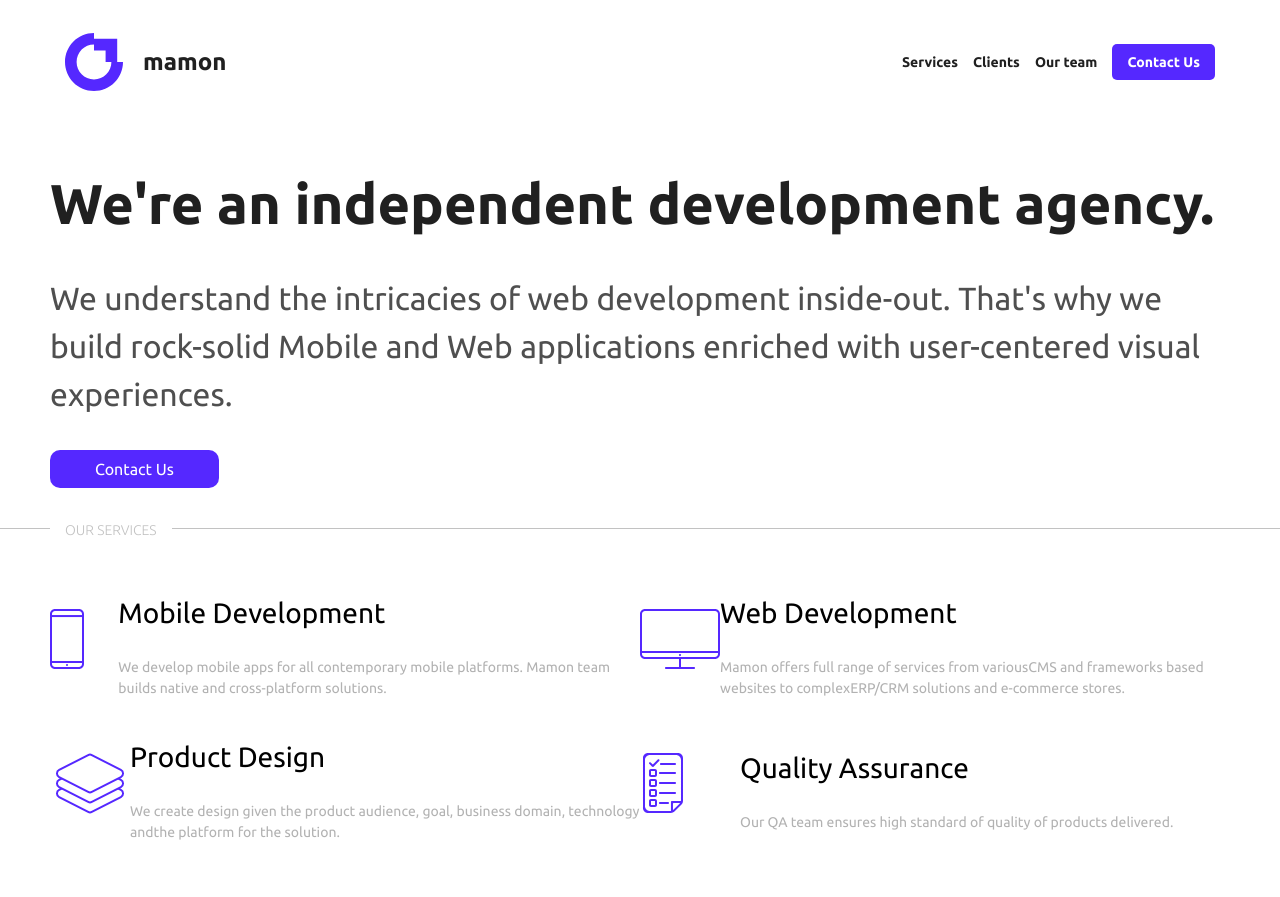
Repository: Vitalii23081984/testHGC
Page: index.html
The author's editor kept a copy of each file at every save. The page is drawn from the files as they stood at one save, then again after the next save.
The browser window is 1280 px wide. The pictures show the whole page.

Above is the page before, as saved 2022-11-20 18:13:10.

### index.html
<!DOCTYPE html>
<html lang="en">
<head>
    <meta charset="UTF-8">
    <meta http-equiv="X-UA-Compatible" content="IE=edge">
    <meta name="viewport" content="width=device-width, initial-scale=1.0">
    <title>Mamon</title>
    <link href="https://fonts.googleapis.com/css2?family=Ubuntu:wght@300;400;700&display=swap" rel="stylesheet">
    <link rel="stylesheet" href="https://cdnjs.cloudflare.com/ajax/libs/normalize/8.0.1/normalize.css">
    <link rel="stylesheet" href="css/style.css">
</head>
<body>
    <header>
        <div class="header">
            <a href="" class="logo">
                <span class="logo_img"></span>
                <span class="logo_text">mamon</span></a>
            <nav>
                <ul class="nav">
                    <li><a href="">Services</a></li>
                    <li><a href="">Clients</a></li>
                    <li><a href="">Our team</a></li>
                    <li><button class="nav_btn" type="button">Contact Us</button></li>
                </ul>
            </nav>
        </div>

    </header>
    <div class="page">
        <div class="wrap">
            <h1 class="title-main">We're an independent development agency.</h1>
            <p class="text-main">We understand the intricacies of web development inside-out. That's why we build rock-solid Mobile and Web applications enriched with user-centered visual experiences.</p>
            <button type="button" class="button">Contact Us</button>
        </div>
    </div>
    <div class="page page-top">
        <div class="wrap">
            <h2>OUR SERVICES</h2>
            <div class="services">
                <div class="service-item">
                    <div class="services_img"><img src="img/icon-1.svg" alt=""></div>
                    <div class="services_text">
                        <h3>Mobile Development</h3>
                        <p>We develop mobile apps for all contemporary mobile platforms. Mamon team builds native and cross-platform solutions.</p>
                    </div>
                </div>
                <div class="service-item">
                    <div class="services_img"><img src="img/icon-2.svg" alt=""></div>
                    <div class="services_text">
                        <h3>Web Development</h3>
                        <p>Mamon offers full range of services from variousCMS and frameworks based websites to complexERP/CRM solutions and e-commerce stores.</p>
                    </div>
                </div>
                <div class="service-item">
                    <div class="services_img"><img src="img/icon3.svg" alt=""></div>
                    <div class="services_text">
                        <h3>Product Design</h3>
                        <p>We create design given the product audience, goal, business domain, technology andthe platform for the solution.</p>
                    </div>
                </div>
                <div class="service-item">
                    <div class="services_img"><img src="img/icon-4.svg" alt=""></div>
                    <div class="services_text">
                        <h3>Quality Assurance</h3>
                        <p> Our QA team ensures high standard of quality of products delivered.</p>
                    </div>
                </div>

            </div>
        </div>

    </div>

</body>
</html>

### css/style.css
body {
    font-family: 'Ubuntu', sans-serif;

}
.header {
    width: 100%;
    max-width: 1180px;
    margin: 0 auto;
    padding-left: 15px;
    padding-right: 15px;
    padding-top: 30px;
    display: flex;
    justify-content: space-between;
    align-items: center;
    box-sizing: border-box;
    font-weight: 700;
}
.wrap {
    width: 100%;
    max-width: 1180px;
    margin: 0 auto;
    padding-left: 15px;
    padding-right: 15px;

}
.nav {
    list-style-type: none;
    display: flex;
    justify-content: flex-start;
    align-items: center;
    font-size: 14px;

}
.nav>li {
    margin-left: 15px;
}
.nav>li>a {
    text-decoration: none;
    color: #202020;
}
.nav_btn {
    background-color: #5528FF;
    border-radius: 5px;
    padding: 10px 15px;
    color: white;
    border: none;
    font-weight: 700;
}
.logo {
    display: flex;
    align-items: center;
    text-decoration: none;
}
.logo_img {
    display: block;
    width: 58px;
    height: 58px;
    background-image: url(../img/logo.svg);
    margin-right: 20px;
}
.logo_text {
    font-size: 24px;
    color: #202020;

}
.title-main {
   font-size: 56px;
   color: #202020;
   font-weight: 700;

}
.text-main {
    font-size: 32px;
    line-height: 1.5;
    color: #4F4F4F;


}
.button {
    background-color: #5528FF;
    border-radius: 10px;
    padding: 10px 45px;
    color: white;
    border: none;
    font-weight: 24px;
}
.page {
    padding-top: 40px;
    padding-bottom: 40px;
    position: relative;
}
.page-top {
    border-top: 1px solid #c2c2c2;
}
.page h2 {
    position: absolute;
    top: -24px;
    font-size: 14px;
    font-weight: 300;
    background-color: white;
    padding: 5px 15px;
    color: #c2c2c2;
}
.services {
    display: grid;
    grid-template: 50% 50% / 50% 50%;

}
.service-item {
    display: flex;
    justify-content: flex-start;
    align-items: center;
}
.services_img {
    width: 100px;

}
.services h3 {
    font-size: 28px;
    font-weight: 400;

}
.services p {
    font-size: 14px;
    color: #B2B2B2;
    line-height: 1.5;


}

After the next save:
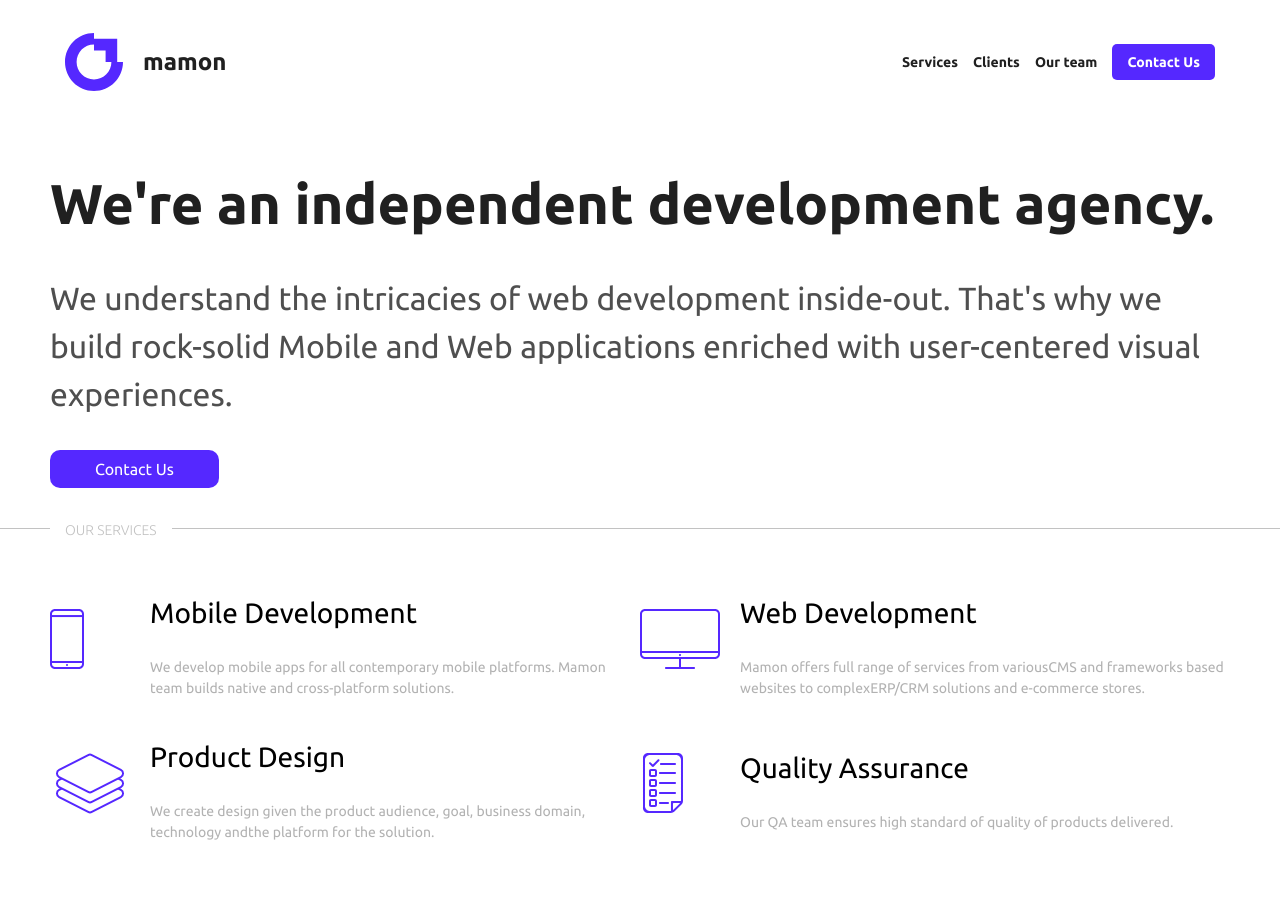
Saved 2 min 13 s later.
--- a/css/style.css
+++ b/css/style.css
@@ -112,7 +112,11 @@
     align-items: center;
 }
 .services_img {
-    width: 100px;
+    flex-basis: 100px;
+
+}
+.services_text {
+    flex-basis: calc(100% - 100px);
 
 }
 .services h3 {
